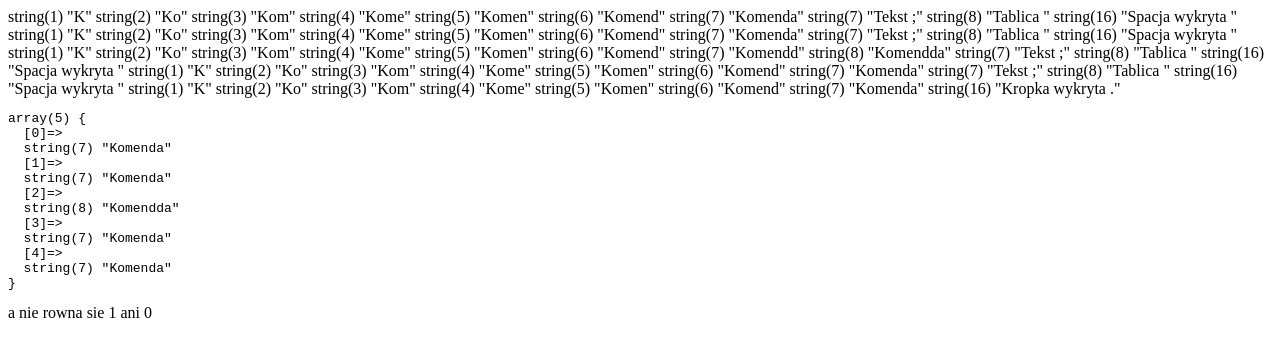
Repository: mahoone/revising_php
Page: http://localhost/Config.php
These files come from the project's save history. The page is drawn as it stood at one moment and after the next save; the edit follows.
The browser window is 1280 px wide. The pictures show the whole page.
The page is run by PHP 8.4 with error messages shown; the project is at /var/www/html/.

Above is the page before, as saved 2020-06-03 08:44:46.

After the next save:
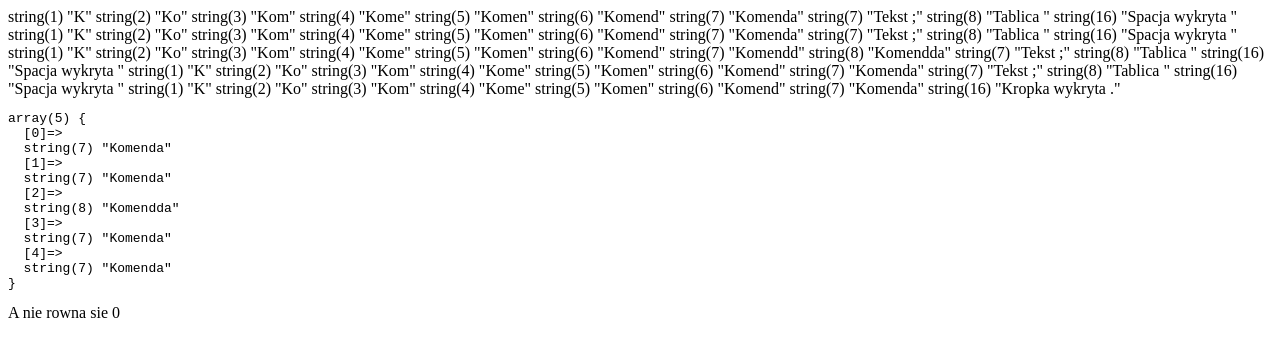
Saved 22 s later.
--- a/Config.php
+++ b/Config.php
@@ -31,10 +31,10 @@
 echo '</pre>';
 
 
-$a = 0;
+$a = 1;
 
 
-if($a == 1) {
+if($a == 0) {
     echo 'A = 0';
 }
 elseif($a !== 0) {

After the 2 saves that followed:
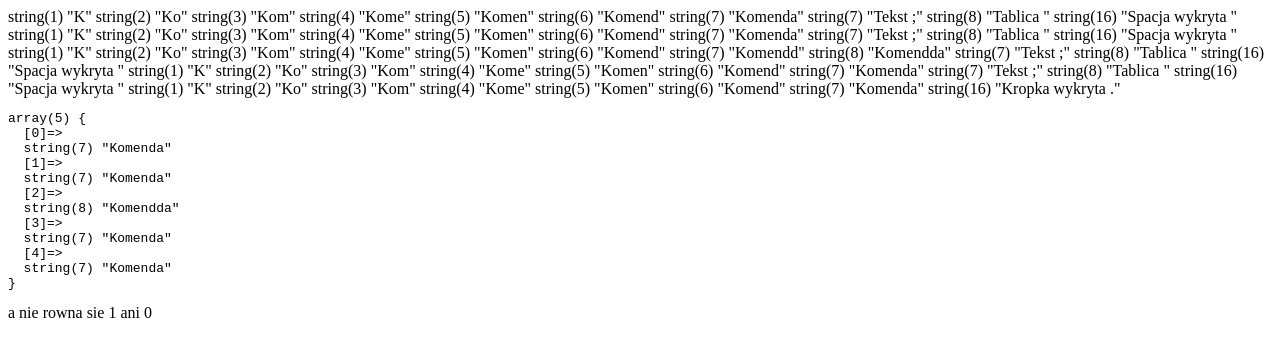
The 2 saves are shown as one change because 1 left the picture as it was.
The last was saved 39 s later.
--- a/Config.php
+++ b/Config.php
@@ -31,13 +31,13 @@
 echo '</pre>';
 
 
-$a = 1;
+$a = 2;
 
 
 if($a == 0) {
     echo 'A = 0';
 }
-elseif($a !== 0) {
+elseif($a == 1) {
     echo 'A nie rowna sie 0';
 }
 else
